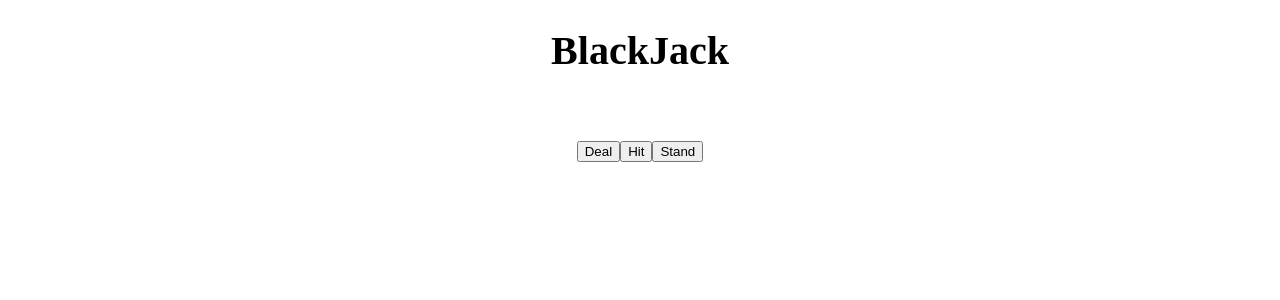
Repository: oldens/blackjack
Page: index.html
These files come from the project's save history. The page is drawn as it stood at one moment and after the next save; the edit follows.
The browser window is 1280 px wide. The pictures show the whole page.

Above is the page before, as saved 2025-02-01 14:24:57.

After the next save:
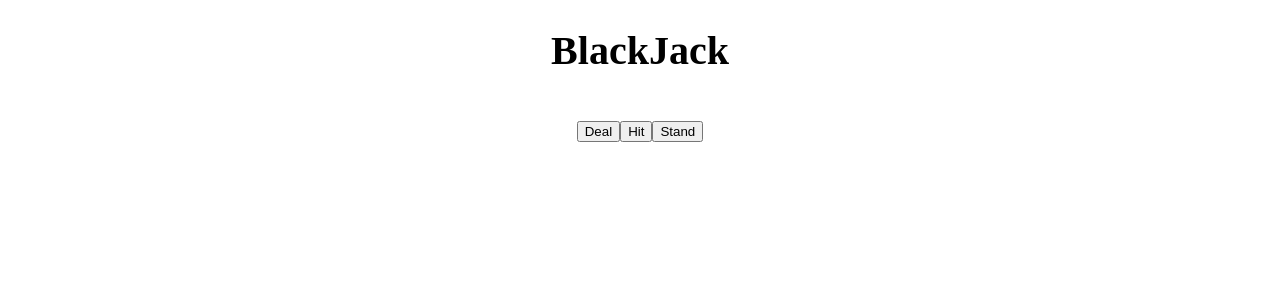
Saved 19 s later.
--- a/style.css
+++ b/style.css
@@ -12,5 +12,5 @@ body {
   display: flex;
   flex-direction: row;
   justify-content: center;
-  margin: 40px;
+  margin: 20px;
 }
